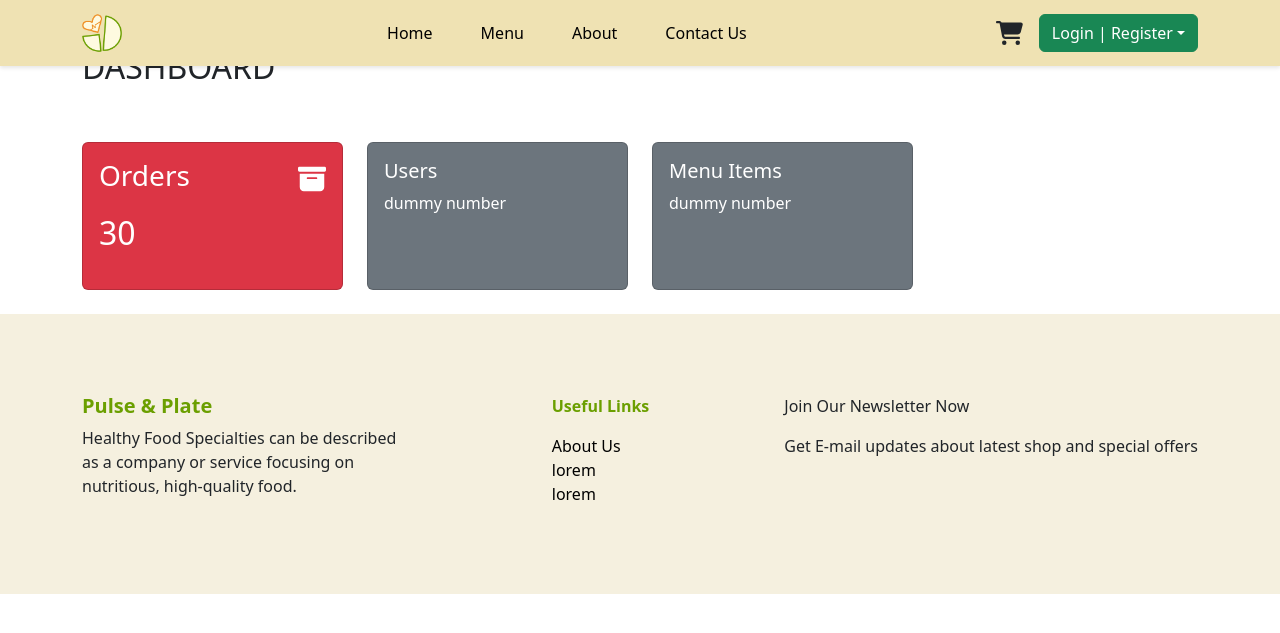
Repository: zeinawady/Pulse-and-Plate
Page: /dashboard
The author's editor kept a copy of each file at every save. The page is drawn from the files as they stood at one save, then again after the next save.
The browser window is 1280 px wide. The pictures show the whole page.
The project was rebuilt for these pictures with package versions that can differ from the ones it lists, and the page was loaded fresh each time. Also part of the build but not shown: src/components/Main/Main.css, src/components/Main/Main.js, src/components/Menu/MealCard.css, src/components/Menu/MealCard.js, src/components/Menu/Categories.css, src/components/Menu/Categories.js, src/components/Menu/Menu.css, src/components/Menu/Menu.js and 21 more.

Above is the page before, as saved 2025-05-15 18:55:27.

After the next save:
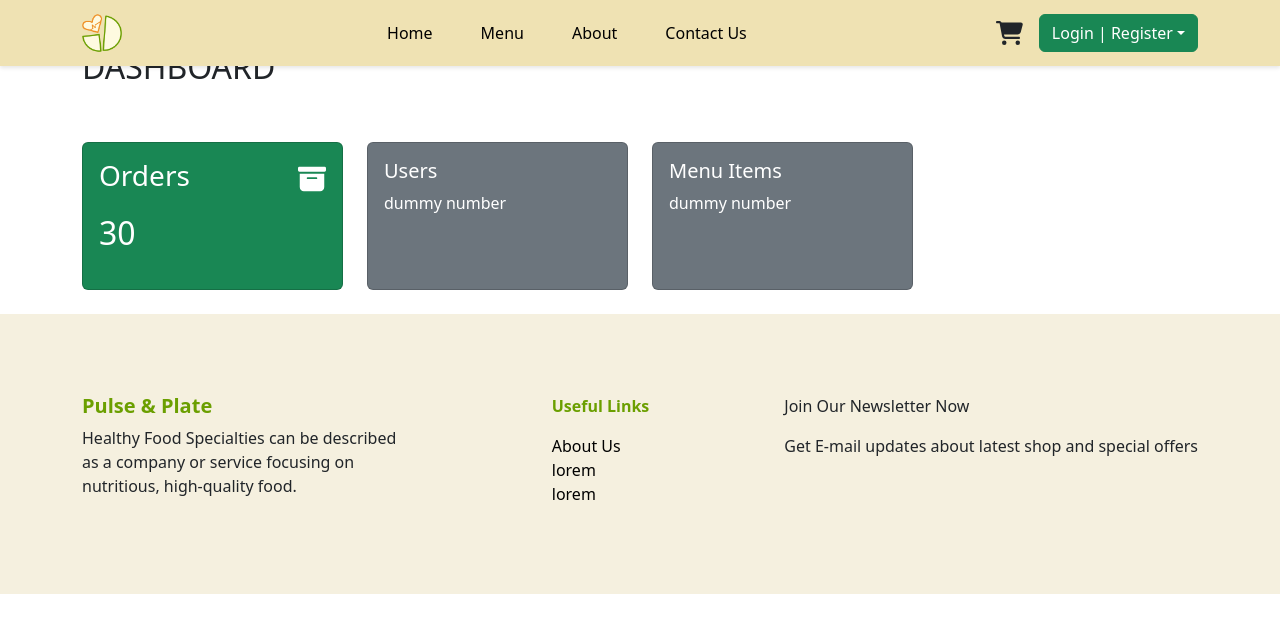
Saved 32 s later.
--- a/src/components/Dashboard/Dashboard.js
+++ b/src/components/Dashboard/Dashboard.js
@@ -10,7 +10,7 @@ export default function Dashboard() {
       <div className="row mb-4 ">
 
         <div className="col-md-3 col-sm-6">
-          <div className="card text-white bg-danger h-100">
+          <div className="card text-white bg-success h-100">
             <div className="card-body">
               <div className="card-inner">
                 <div className="card-title d-flex justify-content-between">
